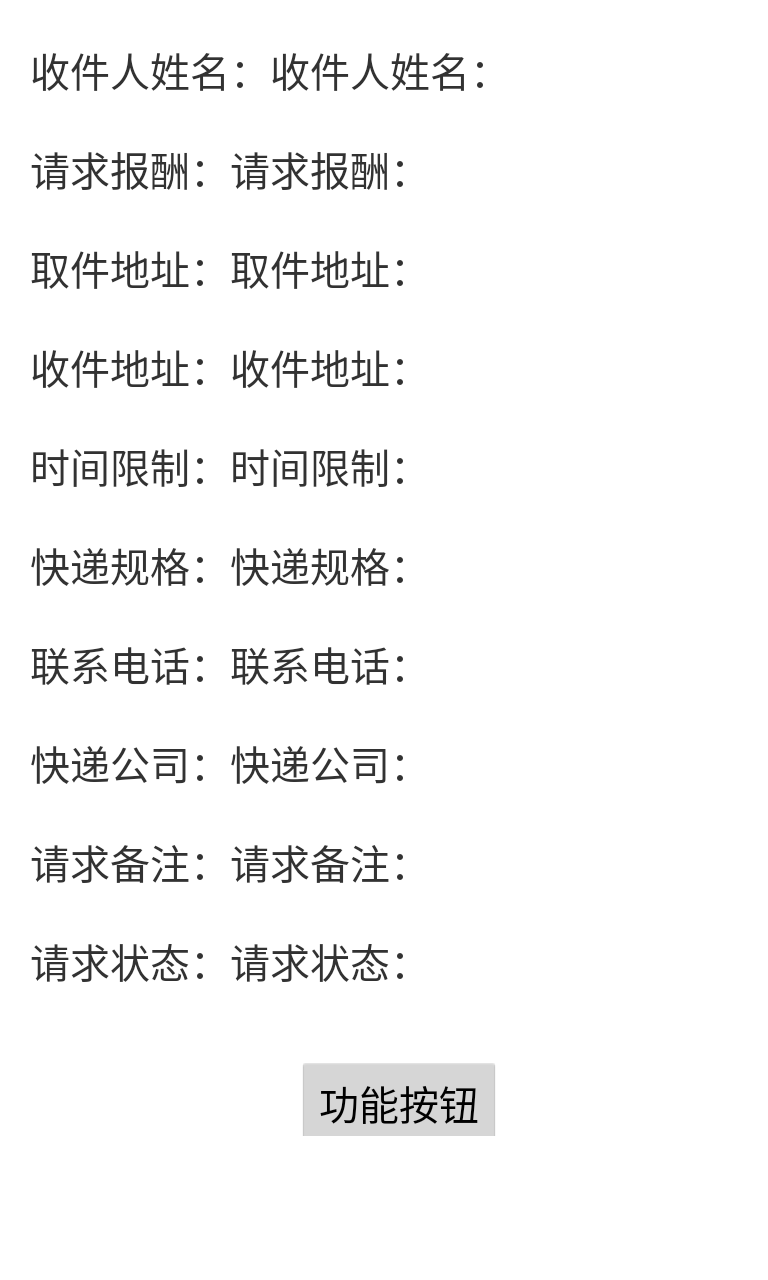
Repository: fariashen/campus-express
Layout: easyCourier/res/layout/activity_showrequestallinfo.xml
The author's editor kept a copy of each file at every save. The layout is drawn from the files as they stood at one save, then again after the next save.
It is drawn on a 768 x 1280 px phone screen (xhdpi) without system bars, with theme AppTheme; the app's code is not run. The app's manifest (not shown) leaves right-to-left support off. So textAlignment, textDirection and layoutDirection are ignored, and left and right values win over start and end ones.

Above is the layout before, as saved 2016-04-25 14:01:37.

After the next save:
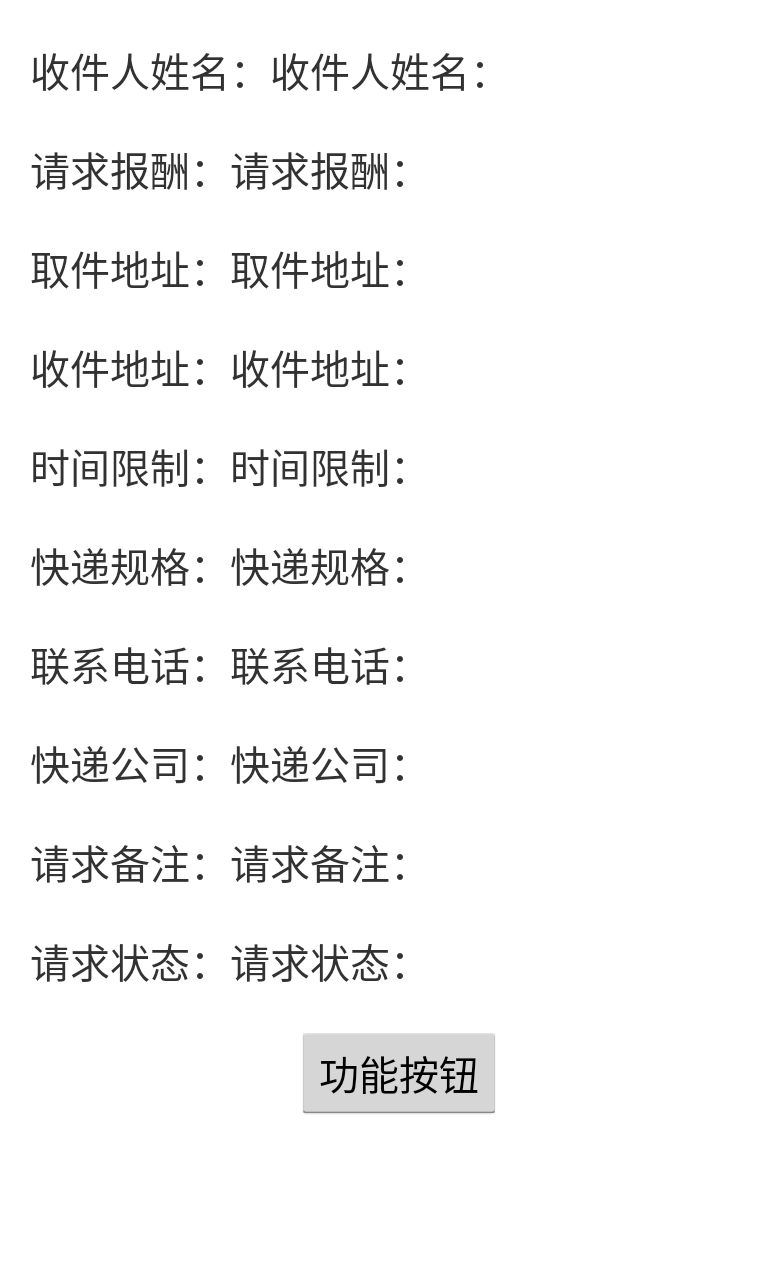
Saved 22 s later.
--- a/easyCourier/res/layout/activity_showrequestallinfo.xml
+++ b/easyCourier/res/layout/activity_showrequestallinfo.xml
@@ -274,7 +274,7 @@
             android:id="@+id/bt_SRAI_Function"
             android:layout_width="wrap_content"
             android:layout_height="wrap_content"
-            android:layout_marginTop="15sp"
+            android:layout_marginTop="5dp"
             android:gravity="center"
             android:text="功能按钮"
             android:textSize="20sp" />
